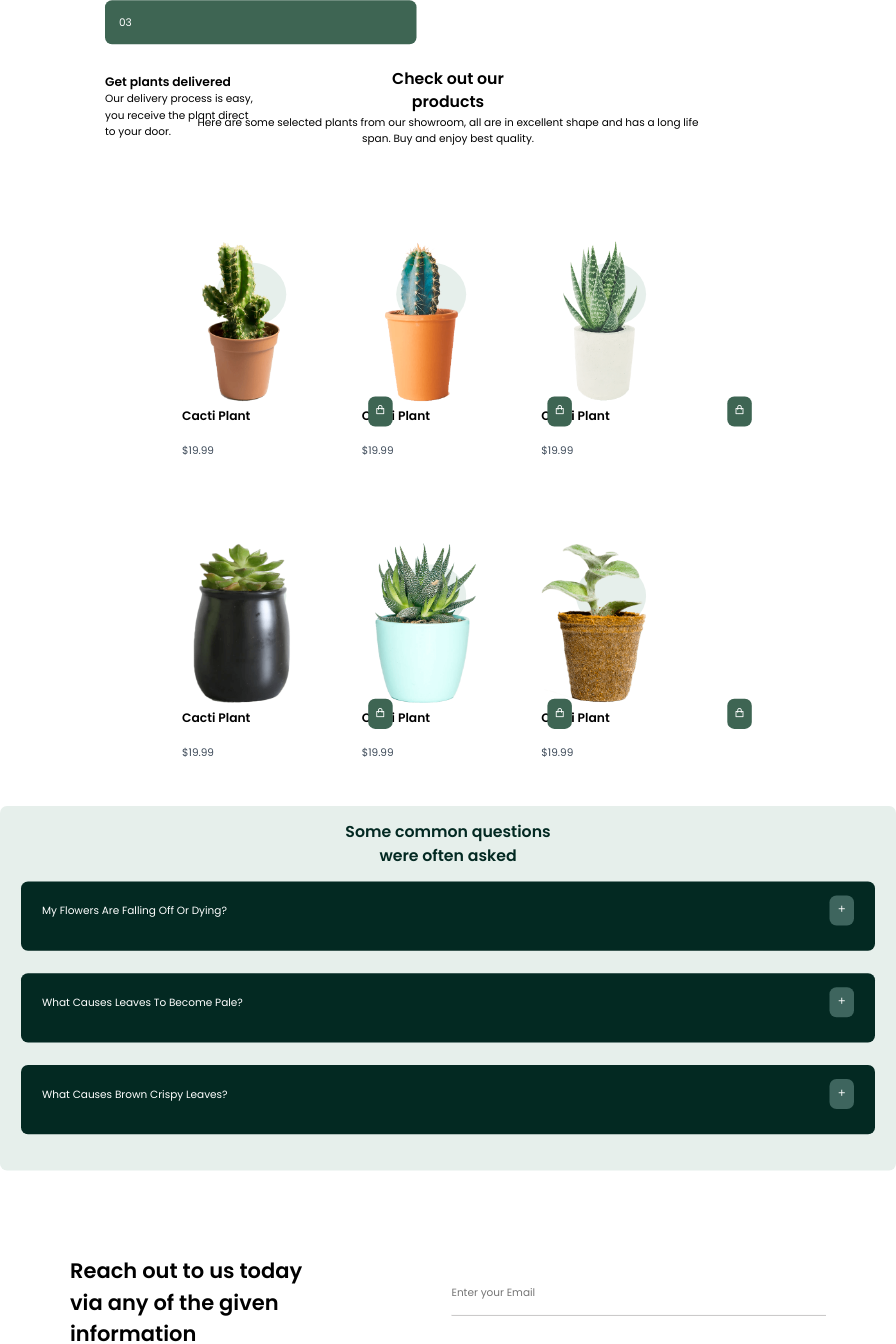
Repository: OmniaRafat232111121/plantwebsite
Page: index.html
These files come from the project's save history. The page is drawn as it stood at one moment and after the next save; the edit follows.
The browser window is 1280 px wide. The pictures show the part of the page from y = 1615 to 3535 px (the page is 4226 px tall before and 4100 px after), at 70% of full size.

Above is the page before, as saved 2023-01-05 17:28:02.

After the next save:
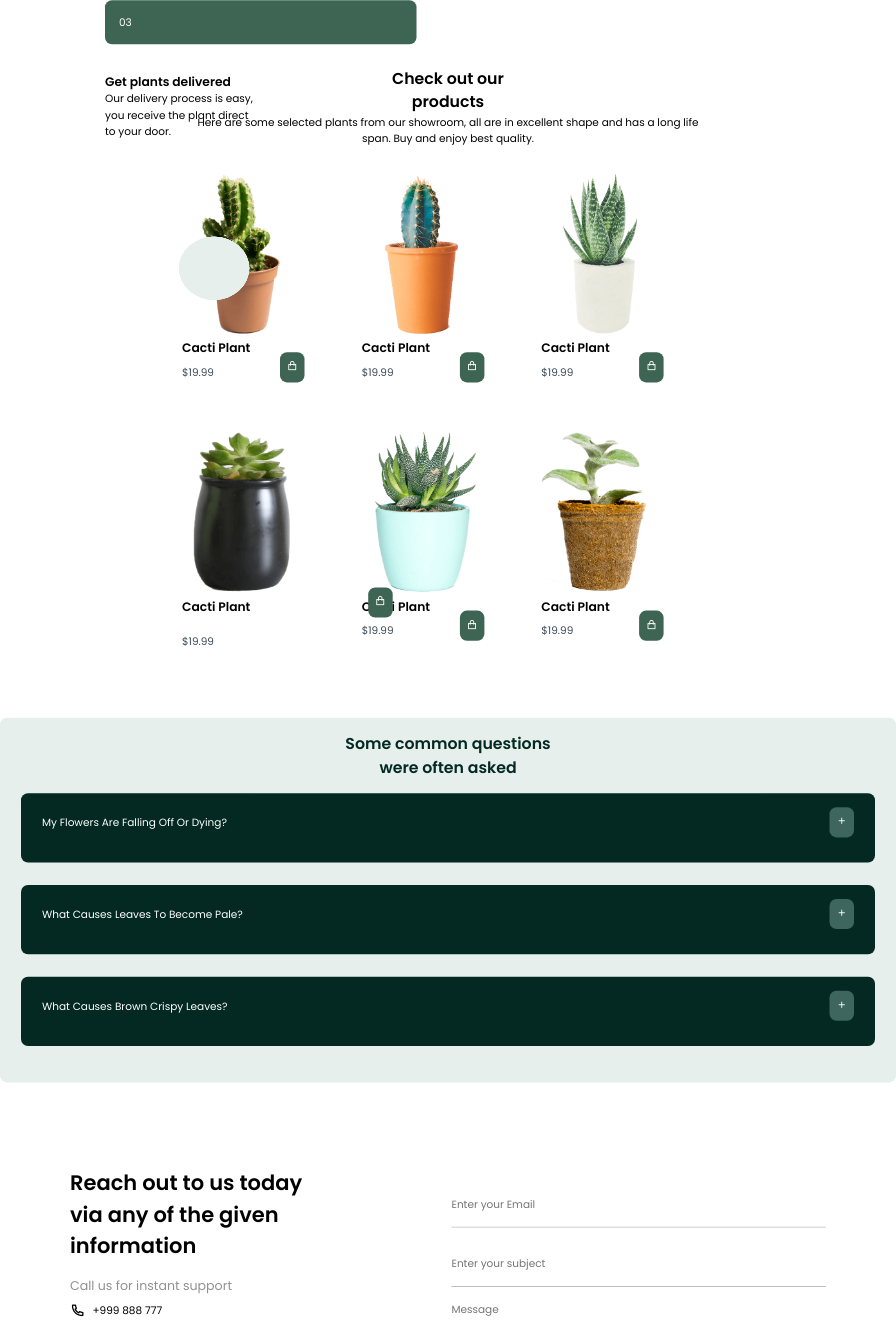
Saved 11 s later.
--- a/assets/css/styles.css
+++ b/assets/css/styles.css
@@ -551,7 +551,7 @@ margin-top: 40px;
   position:relative;
 
 }
-.box div{
+.box .details{
   display:inline-flex;
   align-items: center;
   column-gap: 80px;
